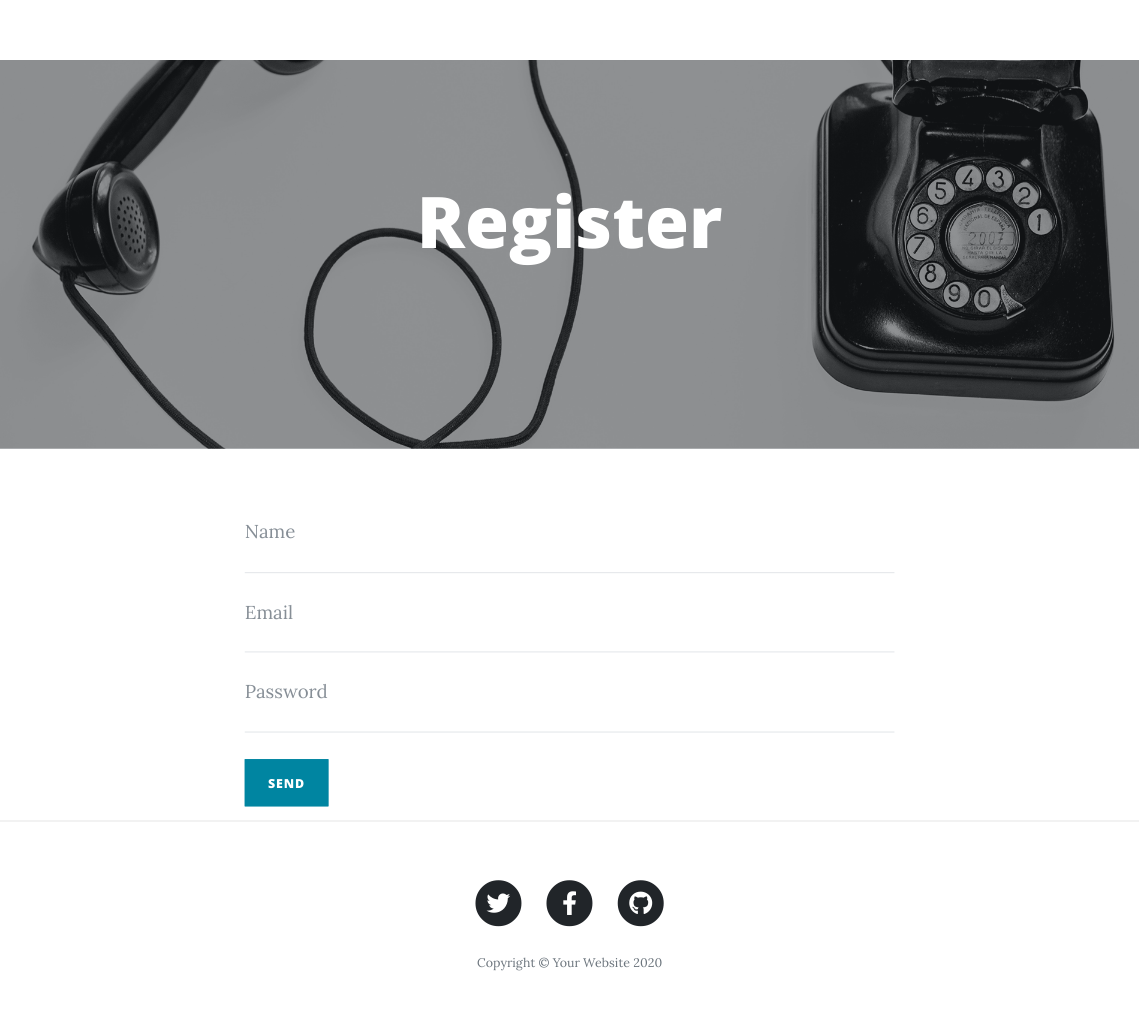
Repository: elvinyeka/elvin-blog
Page: http://localhost/register
The author's editor kept a copy of each file at every save. The page is drawn from the files as they stood at one save, then again after the next save.
The browser window is 1280 px wide. The pictures show the whole page, at 89% of full size.
The page is served by the project's application, run on Flask 3 (CLEANBLOG/__init__.py).

Above is the page before, as saved 2020-10-12 01:30:16.

### CLEANBLOG/templates/register.html
{% extends 'base.html' %} {% block content%}

<!-- Page Header -->
<header class="masthead" style="background-image: url('img/contact-bg.jpg')">
    <div class="overlay"></div>
    <div class="container">
        <div class="row">
            <div class="col-lg-8 col-md-10 mx-auto">
                <div class="page-heading">
                    <h1>Register</h1>
                </div>
            </div>
        </div>
    </div>
</header>

<!-- Main Content -->
<div class="container">
    <div class="row">
        <div class="col-lg-8 col-md-10 mx-auto">
            <form method="POST" action="">
                {{ form.hidden_tag() }}
                <div class="control-group">
                    <div class="form-group floating-label-form-group controls">
                        <label>Name</label> {{ form.name(placeholder='Name', class='form-control') }}
                        <p class="help-block text-danger"></p>
                    </div>
                </div>
                <div class="control-group">
                    <div class="form-group floating-label-form-group controls">
                        <label>Email</label> {{ form.email(placeholder='Email', class='form-control') }}
                        <p class="help-block text-danger"></p>
                    </div>
                </div>
                <div class="control-group">
                    <div class="form-group col-xs-12 floating-label-form-group controls">
                        <label>Password</label> {{ form.password(placeholder='Password', class='form-control') }}
                        <p class="help-block text-danger"></p>
                    </div>
                </div>
                <br>
                <div id="success"></div>
                <button type="submit" class="btn btn-primary" id="sendMessageButton">Send</button>
            </form>
        </div>
    </div>
</div>

<hr> {% endblock%}

### CLEANBLOG/templates/base.html
<!DOCTYPE html>
<html lang="en">

<head>

    <meta charset="utf-8">
    <meta name="viewport" content="width=device-width, initial-scale=1, shrink-to-fit=no">
    <meta name="description" content="">
    <meta name="author" content=""> {% if title %}
    <title>Clean Blog - {{title}}</title>
    {% else %}
    <title>Clean Blog</title>
    {% endif %}

    <!-- Bootstrap core CSS -->
    <link href="{{url_for('static', filename='bootstrap.min.css')}}" rel="stylesheet">

    <!-- Custom fonts for this template -->
    <link href="{{url_for('static', filename='all.min.css')}}" rel="stylesheet" type="text/css">
    <link href='https://fonts.googleapis.com/css?family=Lora:400,700,400italic,700italic' rel='stylesheet' type='text/css'>
    <link href='https://fonts.googleapis.com/css?family=Open+Sans:300italic,400italic,600italic,700italic,800italic,400,300,600,700,800' rel='stylesheet' type='text/css'>

    <!-- Custom styles for this template -->
    <link href="{{url_for('static', filename='clean-blog.min.css')}}" rel="stylesheet">

</head>

<body>

    <!-- Navigation -->
    <nav class="navbar navbar-expand-lg navbar-light fixed-top" id="mainNav">
        <div class="container">
            <a class="navbar-brand" href="{{url_for('index')}}">Start Flask</a>
            <button class="navbar-toggler navbar-toggler-right" type="button" data-toggle="collapse" data-target="#navbarResponsive" aria-controls="navbarResponsive" aria-expanded="false" aria-label="Toggle navigation">
        Menu
        <i class="fas fa-bars"></i>
      </button>
            <div class="collapse navbar-collapse" id="navbarResponsive">
                <ul class="navbar-nav ml-auto">
                    <li class="nav-item">
                        <a class="nav-link" href="{{url_for('index')}}">Home</a>
                    </li>
                    <li class="nav-item">
                        <a class="nav-link" href="{{url_for('about')}}">About</a>
                    </li>
                    <li class="nav-item">
                        <a class="nav-link" href="{{url_for('post')}}">Sample Post</a>
                    </li>
                    <li class="nav-item">
                        <a class="nav-link" href="{{url_for('contact')}}">Contact</a>
                    </li>
                    <li class="nav-item">
                        <a class="nav-link" href="{{url_for('register')}}">REGISTER</a>
                    </li>
                </ul>
            </div>
        </div>
    </nav>

    {% block content%} {% endblock%}


    <!-- Footer -->
    <footer>
        <div class="container">
            <div class="row">
                <div class="col-lg-8 col-md-10 mx-auto">
                    <ul class="list-inline text-center">
                        <li class="list-inline-item">
                            <a href="#">
                                <span class="fa-stack fa-lg">
                  <i class="fas fa-circle fa-stack-2x"></i>
                  <i class="fab fa-twitter fa-stack-1x fa-inverse"></i>
                </span>
                            </a>
                        </li>
                        <li class="list-inline-item">
                            <a href="#">
                                <span class="fa-stack fa-lg">
                  <i class="fas fa-circle fa-stack-2x"></i>
                  <i class="fab fa-facebook-f fa-stack-1x fa-inverse"></i>
                </span>
                            </a>
                        </li>
                        <li class="list-inline-item">
                            <a href="#">
                                <span class="fa-stack fa-lg">
                  <i class="fas fa-circle fa-stack-2x"></i>
                  <i class="fab fa-github fa-stack-1x fa-inverse"></i>
                </span>
                            </a>
                        </li>
                    </ul>
                    <p class="copyright text-muted">Copyright &copy; Your Website 2020</p>
                </div>
            </div>
        </div>
    </footer>

    <!-- Bootstrap core JavaScript -->
    <script src="{{url_for('static', filename='jquery.min.js')}}"></script>
    <script src="{{url_for('static', filename='bootstrap.bundle.min.js')}}"></script>

    <!-- Custom scripts for this template -->
    <script src="{{url_for('static', filename='clean-blog.min.js')}}"></script>

</body>

</html>

### CLEANBLOG/forms.py
from flask_wtf import FlaskForm
from wtforms import StringField,PasswordField,SubmitField
from wtforms.validators import DataRequired, Length, Email

class RegisterForm(FlaskForm):
    name = StringField('Name', validators=[DataRequired(), Length(min=2, max = 20)])
    email = StringField('Email', validators=[DataRequired(), Email()])
    password = PasswordField('Password', validators=[DataRequired()])
    submit = SubmitField('Sign')

class LoginForm(FlaskForm):
    email = StringField('Email', validators=[DataRequired(), Email()])
    password = PasswordField('Password', validators=[DataRequired()])
    submit = SubmitField('Sign')

### CLEANBLOG/routes.py
from flask import render_template
from CLEANBLOG import app
from CLEANBLOG.forms import RegisterForm, LoginForm


@app.route('/')
def index():
    return render_template('index.html', title = 'HOME')

@app.route('/about')
def about():
    return render_template('about.html',title = 'ABOUT')

@app.route('/post')
def post():
    return render_template('post.html', title = 'POST')

@app.route('/contact')
def contact():
    return render_template('contact.html', title = 'CONTACT')

@app.route('/register')
def register():
    form = RegisterForm()
    return render_template('register.html', title = 'REGISTER', form=form)

@app.route('/login')
def login():
    form = LoginForm()
    return render_template('login.html', title = 'LOGIN', form=form)

### CLEANBLOG/__init__.py
from flask import Flask

app = Flask(__name__)
app.config['SECRET_KEY'] = 'mysecretkey'

from CLEANBLOG import  routes

Loaded but not shown: CLEANBLOG/static/bootstrap.min.css (library); CLEANBLOG/static/clean-blog.min.css (library); CLEANBLOG/static/jquery.min.js (library); CLEANBLOG/static/bootstrap.bundle.min.js (library); CLEANBLOG/static/clean-blog.min.js (common file); CLEANBLOG/static/css/all.min.css (library)

After the next save:
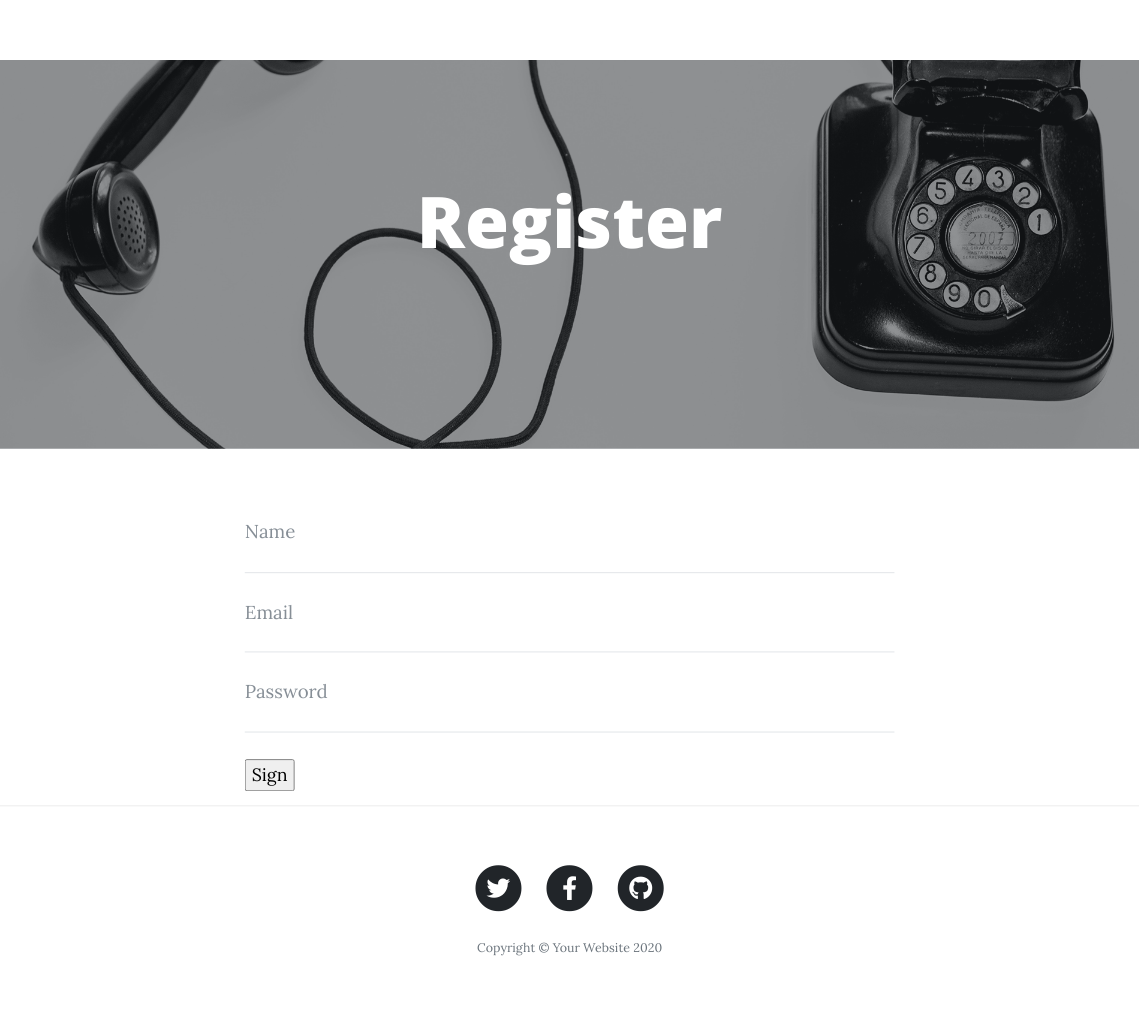
Saved 102 s later.
--- a/CLEANBLOG/templates/register.html
+++ b/CLEANBLOG/templates/register.html
@@ -39,8 +39,9 @@
                     </div>
                 </div>
                 <br>
-                <div id="success"></div>
-                <button type="submit" class="btn btn-primary" id="sendMessageButton">Send</button>
+                <div id="success">
+                    {{ form.submit(class='btn-primari') }}
+                </div>
             </form>
         </div>
     </div>
